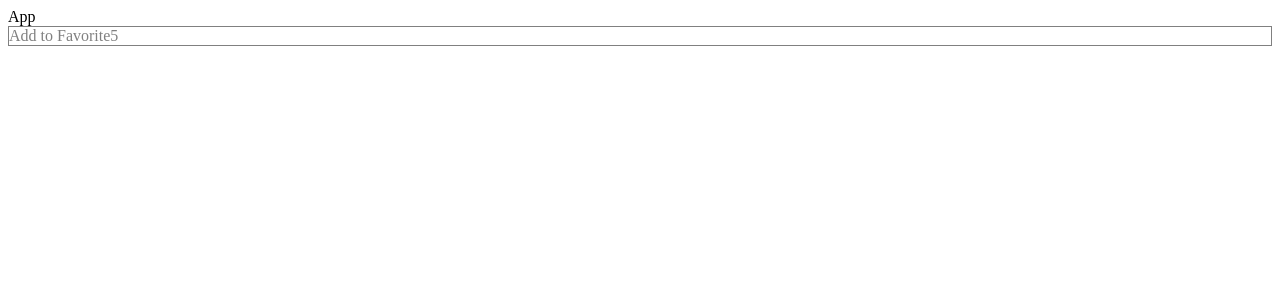
Repository: kireksha/-Nov
Page: /
These files come from the project's save history. The page is drawn as it stood at one moment and after a run of saves; the edit follows.
The browser window is 1280 px wide. The pictures show the whole page.
The project was rebuilt for these pictures with package versions that can differ from the ones it lists, and the page was loaded fresh each time. Also part of the build but not shown: src/index.css.

Above is the page before, as saved 2024-11-23 01:33:12.

### public/index.html
<!doctype html>
<html lang="ru">
	<head>
		<meta charset="utf-8" />
		<meta name="viewport" content="width=device-width, initial-scale=1" />
		<meta name="description" content="Мы разрабатываем сайт о разработчиках" />
		<title>Хакатон 162</title>
	</head>
	<body>
		<div id="root"></div>
	</body>
</html>

### src/App.js
// import './App.css';
import { useState } from "react";
import { Favorite } from "./svetoslav/Favorite/Favorite";

export const App = () => {
	const [isFavorite, setIsFavorite] = useState(false)
	const someId = 5
	return <div className="App">
		App
		<Favorite someId={someId} isFavorite={isFavorite} setIsFavorite={setIsFavorite} />
	</div>;
};

### src/svetoslav/Favorite/Favorite.js
import styled from "styled-components";

const FavoriteContainer = ({ className, someId, isFavorite, setIsFavorite }) => {

	return (
		<>
			<div className={className}>
				Add to Favorite
				{someId}
			</div>
		</>
	)
}

export const Favorite = styled(FavoriteContainer)`
	color: ${({ isFavorite }) => (isFavorite ? 'red' : 'grey')};
	border: 1px solid
`

Loaded but not shown: src/index.js (common file); src/index.css (no copy from this time; the picture is the same without it)

After the next 3 saves:
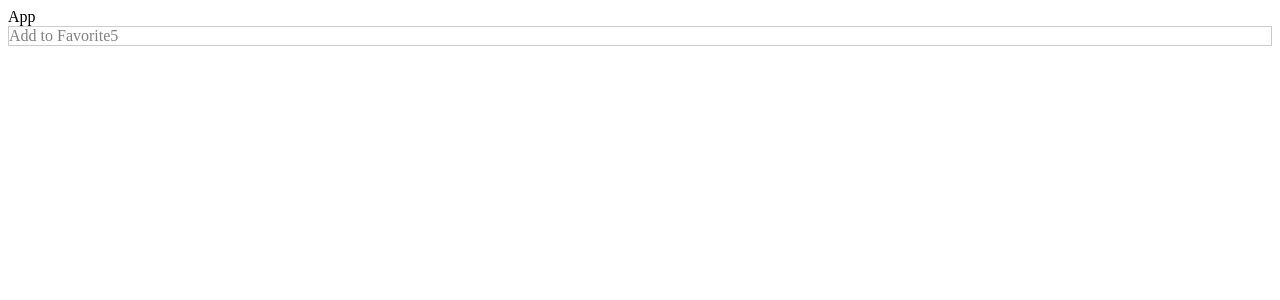
The 3 saves are shown as one change because they came seconds apart.
The last was saved 10 s later.
--- a/src/svetoslav/Favorite/Favorite.js
+++ b/src/svetoslav/Favorite/Favorite.js
@@ -14,5 +14,5 @@ const FavoriteContainer = ({ className, someId, isFavorite, setIsFavorite }) =>
 
 export const Favorite = styled(FavoriteContainer)`
 	color: ${({ isFavorite }) => (isFavorite ? 'red' : 'grey')};
-	border: 1px solid
+	border: 1px solid #ccc;
 `
